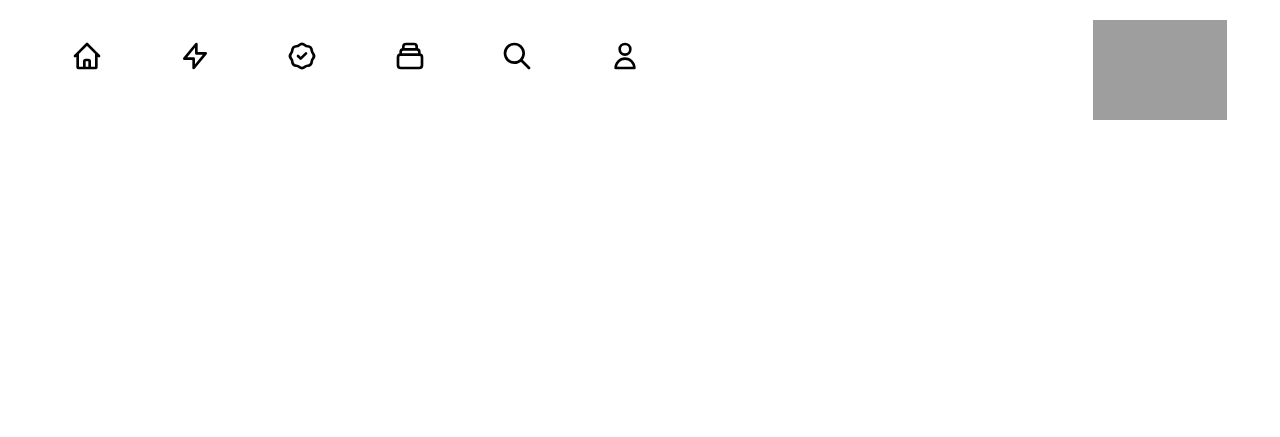
Repository: jafredk/hulu-2
Page: /
These files come from the project's save history. The page is drawn as it stood at one moment and after a run of saves; the edit follows.
The browser window is 1280 px wide. The pictures show the whole page.
Pictures or frames that could not be fetched are drawn as grey boxes. The project was rebuilt for these pictures with package versions that can differ from the ones it lists, and the page was loaded fresh each time. The framework's server and built-in components were replaced by stand-ins that run in the browser. Also part of the build but not shown: next.config.js.

Above is the page before, as saved 2021-11-02 11:36:35.

After the next 4 saves:
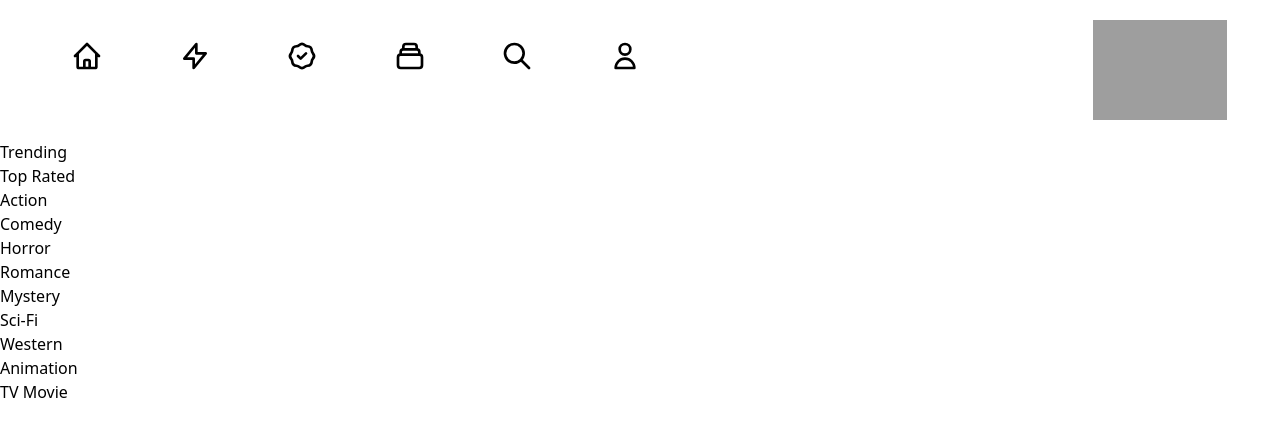
The 4 saves are shown as one change because 3 did not build or start.
The last was saved 8 min 59 s later.
--- a/components/Nav.js
+++ b/components/Nav.js
@@ -1,9 +1,17 @@
+import requests from "../utils/requests";
+
 function Nav() {
     return (
         <nav>
             <div>
+                {Object.entries(requests).map(([key, { title, url }]) => (
+                    <h2>{title}</h2>
+                ))}
 
-            </div>
+
+
+                </div>
+
         </nav>
     );
 }
--- a/utils/requests.js
+++ b/utils/requests.js
@@ -1,4 +1,4 @@
-const API_KEY = proces.env.API_KEY;
+const API_KEY = process.env.API_KEY;
 
 export default {
     fetchTrending: {
